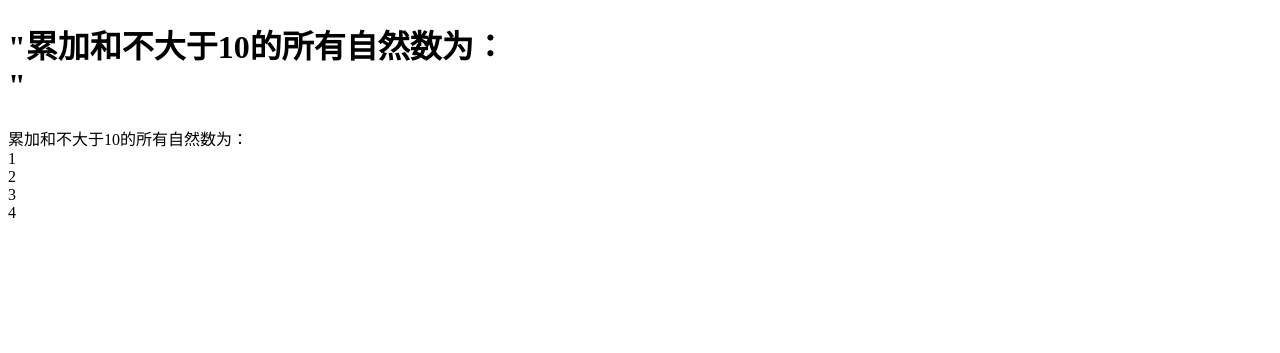
Repository: bookFireFly/bookFireFly
Page: JavaScriptMingriBook/Main/07累计和不大于10的自然数.html
An editor plug-in stored every save of this project. The page is shown before and after the next save, followed by the edit.
The browser window is 1280 px wide. The pictures show the whole page.

Above is the page before, as saved 2017-10-18 14:53:44.

After the next save:
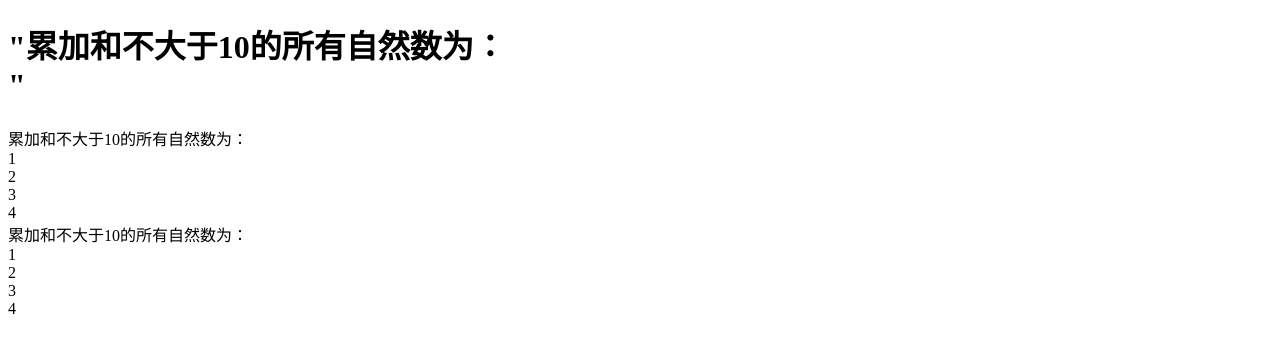
Saved 2 min 9 s later.
--- a/JavaScriptMingriBook/Main/07累计和不大于10的自然数.html
+++ b/JavaScriptMingriBook/Main/07累计和不大于10的自然数.html
@@ -16,5 +16,15 @@ while(sum<10){
 	i++;
 }
 </script>
+<script type="text/javascript">
+var sum=0;
+var i=1;
+document.write("累加和不大于10的所有自然数为：<br>")
+do{
+	sum=sum+i
+	document.write(i+"<br>");
+	i++
+}while(sum<10);
+</script>
 </body>
 </html>
